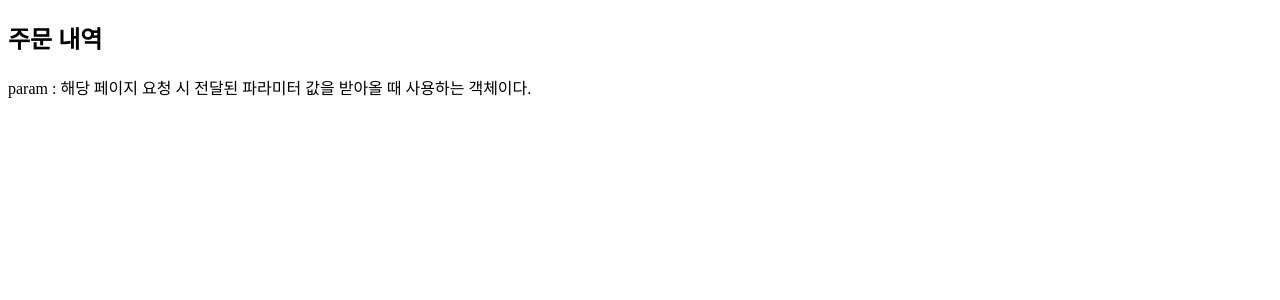
Repository: Parknogyung/Backend
Page: http://localhost/03_EL_JSTL/views/el/elParam.jsp?pName=%EC%95%84%EC%9D%B4%ED%8F%B0+12&pCount=2&option=%ED%99%94%EC%9D%B4%ED%8A%B8&option=64GB
An editor plug-in stored every save of this project. The page is shown before and after the next save, followed by the edit.
The browser window is 1280 px wide. The pictures show the whole page.
The page is served by Tomcat 9.

Above is the page before, as saved 2022-07-12 03:07:41.

After the next save:
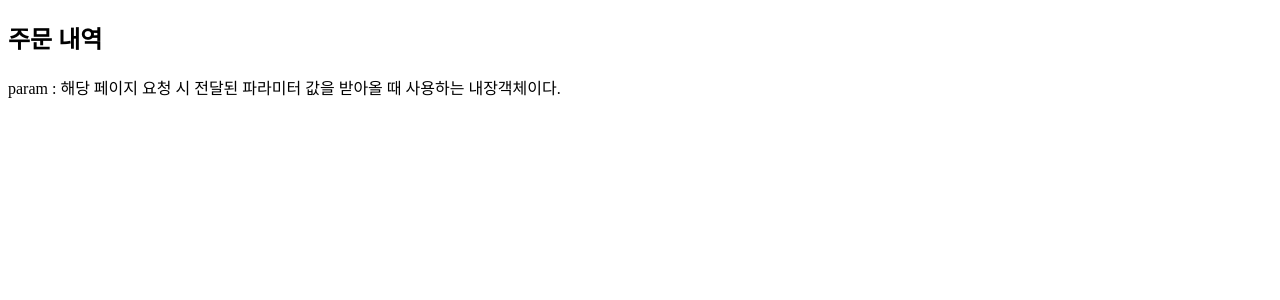
Saved 4 s later.
--- a/03_EL_JSTL/src/main/webapp/views/el/elParam.jsp
+++ b/03_EL_JSTL/src/main/webapp/views/el/elParam.jsp
@@ -9,7 +9,7 @@
 <body>
 	<h2>주문 내역</h2>
 	<p>
-		param : 해당 페이지 요청 시 전달된 파라미터 값을 받아올 때 사용하는 객체이다.
+		param : 해당 페이지 요청 시 전달된 파라미터 값을 받아올 때 사용하는 내장객체이다.
 	</p>
 </body>
 </html>
